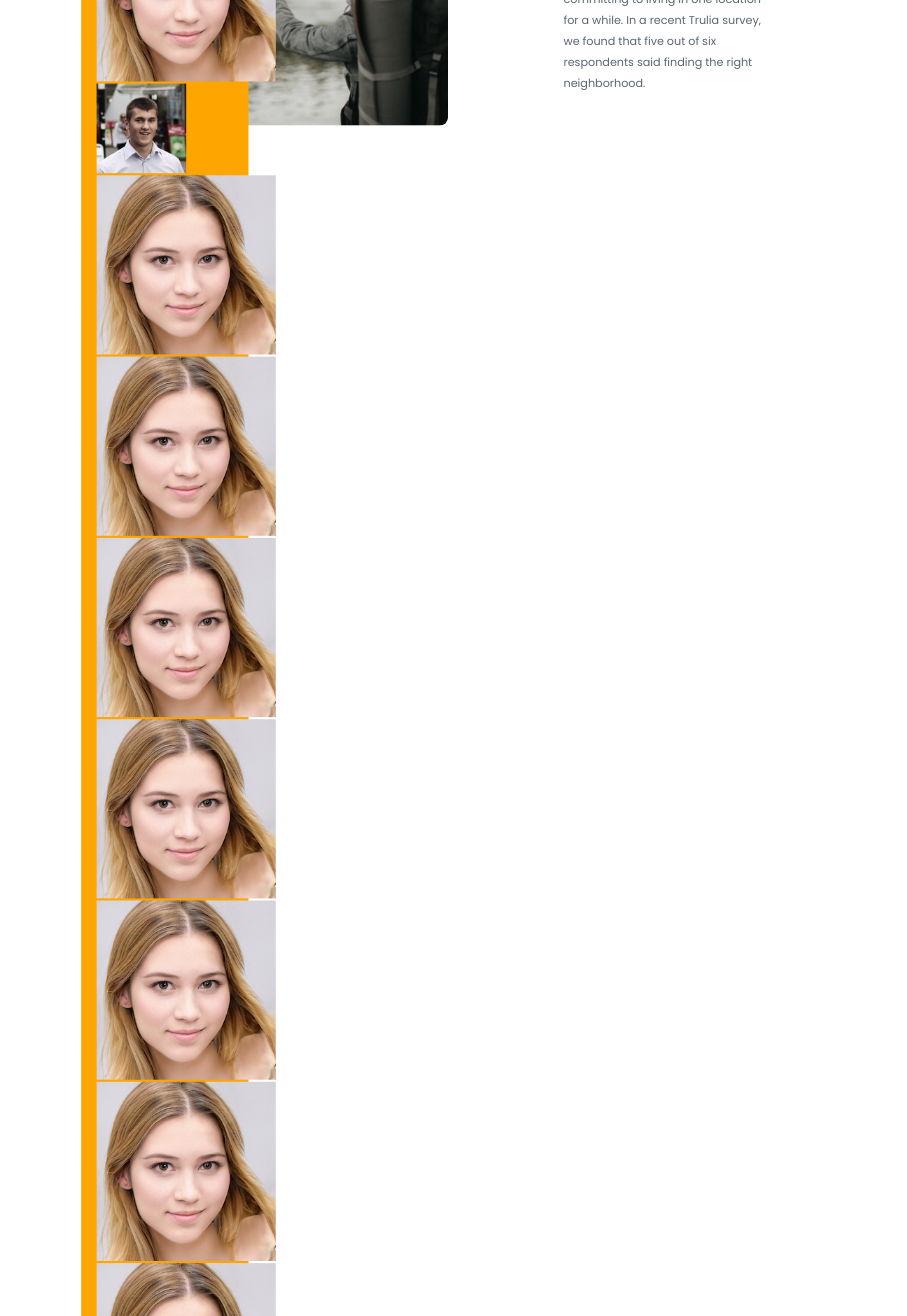
Repository: datvu1608/dv-htmlcss-01
Page: index.html
These files come from the project's save history. The page is drawn as it stood at one moment and after the next save; the edit follows.
The browser window is 1280 px wide. The page is 1295 px wide, so the pictures cover 1295 px, including what lies to the right of the window. The pictures show the part of the page from y = 2919 to 4799 px (the page is 5540 px tall before and 5412 px after), at 70% of full size.

Above is the page before, as saved 2023-06-13 15:28:16.

### index.html
<!DOCTYPE html>
<html lang="en">
  <head>
    <meta charset="UTF-8" />
    <meta http-equiv="X-UA-Compatible" content="IE=edge" />
    <meta name="viewport" content="width=device-width, initial-scale=1.0" />
    <title>Project 1</title>
    <link rel="stylesheet" href="./assets/css/reset.css" />
    <link rel="stylesheet" href="./assets/fonts/stylesheet.css" />
    <link rel="stylesheet" href="./assets/css/style.css" />
  </head>
  <body>
    <main style="height: 2000px">
      <!-- Header -->
      <header class="header">
        <div class="content">
          <nav class="navbar">
            <!-- logo -->
            <img src="./assets/img/Logo.svg" alt="Besnik" />
            <!-- navigation -->
            <ul>
              <li><a href="#!">Home</a></li>
              <li><a href="#!">Features</a></li>
              <li><a href="#!">Services</a></li>
              <li><a href="#!">Resources</a></li>
              <li><a href="#!">Contact</a></li>
            </ul>
            <!-- action -->
            <div class="actions">
              <a href="#!" class="action-link">Sign up</a>
              <a href="#!" class="btn action-btn">Sign in</a>
            </div>
          </nav>
          <div class="hero">
            <div class="info">
              <p class="sub-title">Welcome to Besnik Agency</p>
              <h1 class="title">Discover a place you'll love to live.</h1>
              <p class="desc">
                Get the best real estate deals first, before they hit the mass
                market! hot forecloseru deals with one simple search.
              </p>
              <a href="#!" class="btn hero-cta">More About Us</a>
            </div>
            <img src="./assets/img/hero-img.svg" alt="" class="hero-img" />
          </div>
        </div>
      </header>

      <!-- Client -->
      <div class="clients">
        <div class="content">
          <div class="row">
            <!-- logo -->
            <img src="./assets/img/Logo.svg" alt="Besnik" />
            <!-- Stars -->
            <div class="stars">
              <img src="./assets/img/star.svg" alt="star" />
              <img src="./assets/img/star.svg" alt="star" />
              <img src="./assets/img/star.svg" alt="star" />
              <img src="./assets/img/star.svg" alt="star" />
              <img src="./assets/img/star.svg" alt="star" />
            </div>
          </div>

          <div class="row row-desc">
            <p class="desc">More than 45,000+ companies trust besnik</p>
            <p class="desc">5 Star Ratings (2k+ Review)</p>
          </div>
          <div class="images">
            <img src="./assets/img/client-1.svg" alt="" />
            <img src="./assets/img/client-2.svg" alt="" />
            <img src="./assets/img/client-3.svg" alt="" />
            <img src="./assets/img/client-4.svg" alt="" />
            <img src="./assets/img/client-5.svg" alt="" />
          </div>
        </div>
      </div>
      <!-- Guides -->
      <div class="guides">
        <div class="content">
          <h2 class="sub-title">How its works?</h2>
          <p class="desc">
            Everything you need to know when you're looking to buy, rent, or
            sell - all in one place.
          </p>

          <!-- List guide -->
          <ul class="list-guide">
            <li class="guide-item">
              <img src="./assets/img/buyer.svg" alt="buyer" class="icon" />
              <h3 class="title">Buyer Guides</h3>
              <a href="#!" class="link"
                ><span>How to buy</span>
                <img
                  src="./assets/img/arrow-right.svg"
                  alt="arrow-right"
                  class="arrow"
                />
              </a>
            </li>
            <li class="guide-item">
              <img src="./assets/img/renter.svg" alt="buyer" class="icon" />
              <h3 class="title">Renter Guides</h3>
              <a href="#!" class="link"
                ><span>How to rental</span>
                <img
                  src="./assets/img/arrow-right.svg"
                  alt="arrow-right"
                  class="arrow"
                />
              </a>
            </li>
            <li class="guide-item">
              <img src="./assets/img/seller.svg" alt="buyer" class="icon" />
              <h3 class="title">Seller Guides</h3>
              <a href="#!" class="link"
                ><span>How to sell</span>
                <img
                  src="./assets/img/arrow-right.svg"
                  alt="arrow-right"
                  class="arrow"
                />
              </a>
            </li>
          </ul>
          <div class="guide-cta">
            <a href="#!" class="btn">Sell Full Guidelines</a>
          </div>
        </div>
      </div>

      <!-- Features -->
      <div class="featured">
        <div class="content">
          <header>
            <h2 class="sub-title">Featured Properties</h2>
            <div class="row">
              <p class="desc">
                Everything you need to know when you're looking
              </p>
              <a href="#!" class="link">
                <span>View All Properties</span>
                <img
                  src="./assets/img/arrow-right.svg"
                  alt="arrow"
                  class="arrow"
                />
              </a>
            </div>
          </header>
          <div class="list">
            <!-- Featured item 1 -->
            <div class="item">
              <a href="#!"
                ><img
                  src="./assets/img/featured-1.jpg"
                  alt="Nikko Arpartments"
                  class="thumb"
              /></a>
              <div class="body">
                <h3 class="title"><a href="#!">Nikko Apartments</a></h3>
                <p class="desc">8502 Preston Rd. Inglewood, Maine 98280</p>
                <div class="info">
                  <img src="./assets/img/beds.svg" alt="" class="icon" />
                  <span class="label">5 Beds</span>
                  <img src="./assets/img/both.svg" alt="" class="icon" />
                  <span class="label">2 Both</span>
                  <img src="./assets/img/sqft.svg" alt="" class="icon" />
                  <span class="label">200 Sqft</span>
                </div>
              </div>
            </div>
            <div class="item">
              <a href="#!">
                <img
                  src="./assets/img/featured-2.jpg"
                  alt="CouCou Homestead"
                  class="thumb"
                />
              </a>
              <div class="body">
                <h3 class="title">
                  <a href="#!" class="line-clamp">CouCou Homestead</a>
                </h3>
                <p class="desc line-clamp">
                  8502 Preston Rd. Inglewood, Maine 98280
                </p>
                <div class="info">
                  <img src="./assets/img/beds.svg" alt="" class="icon" />
                  <span class="label">5 Beds</span>
                  <img src="./assets/img/both.svg" alt="" class="icon" />
                  <span class="label">2 Both</span>
                  <img src="./assets/img/sqft.svg" alt="" class="icon" />
                  <span class="label">200 Sqft</span>
                </div>
              </div>
            </div>
            <div class="item">
              <a href="#!">
                <img
                  src="./assets/img/featured-3.jpg"
                  alt="Lavis 18 Residence"
                  class="thumb"
                />
              </a>
              <div class="body">
                <h3 class="title"><a href="#!">Lavis 18 Residence</a></h3>
                <p class="desc">8502 Preston Rd. Inglewood, Maine 98280</p>
                <div class="info">
                  <img src="./assets/img/beds.svg" alt="" class="icon" />
                  <span class="label">5 Beds</span>
                  <img src="./assets/img/both.svg" alt="" class="icon" />
                  <span class="label">2 Both</span>
                  <img src="./assets/img/sqft.svg" alt="" class="icon" />
                  <span class="label">200 Sqft</span>
                </div>
              </div>
            </div>
          </div>
        </div>
      </div>

      <!-- Stats -->
      <div class="stats">
        <div class="content">
          <div class="row">
            <div class="img-block">
              <img
                class="image"
                src="./assets/img/stats-img.jpg"
                alt="You’ve found a neighborhood you love."
              />
              <!-- Trend -->
              <div class="stats-trend">
                <div class="row">
                  <strong class="value">40,000+</strong>
                  <img src="./assets/img/arrow-trend.svg" alt="" class="icon" />
                </div>
                <p class="desc">
                  By avarage for 2 bedroom apments in San Francisco, CA
                </p>
                <div class="separate"></div>
                <div class="avatar-block">
                  <div class="avatar-group">
                    <img
                      src="./assets/img/avatar-1.jpg"
                      alt="avatar"
                      class="avatar"
                    />
                    <img
                      src="./assets/img/avatar-2.jpg"
                      alt="avatar"
                      class="avatar"
                    />
                    <img
                      src="./assets/img/avatar-1.jpg"
                      alt="avatar"
                      class="avatar"
                    />
                    <img
                      src="./assets/img/avatar-1.jpg"
                      alt="avatar"
                      class="avatar"
                    />
                    <img
                      src="./assets/img/avatar-1.jpg"
                      alt="avatar"
                      class="avatar"
                    />
                    <img
                      src="./assets/img/avatar-1.jpg"
                      alt="avatar"
                      class="avatar"
                    />
                    <img
                      src="./assets/img/avatar-1.jpg"
                      alt="avatar"
                      class="avatar"
                    />
                    <img
                      src="./assets/img/avatar-1.jpg"
                      alt="avatar"
                      class="avatar"
                    />
                    <img
                      src="./assets/img/avatar-1.jpg"
                      alt="avatar"
                      class="avatar"
                    />
                    <img
                      src="./assets/img/avatar-1.jpg"
                      alt="avatar"
                      class="avatar"
                    />
                    <img
                      src="./assets/img/avatar-1.jpg"
                      alt="avatar"
                      class="avatar"
                    />
                  </div>
                </div>
              </div>
            </div>
            <div class="info">
              <h2 class="sub-title">You’ve found a neighborhood you love.</h2>
              <p class="desc">
                When you own a home, you’re committing to living in one location
                for a while. In a recent Trulia survey, we found that five out
                of six respondents said finding the right neighborhood.
              </p>
            </div>
          </div>
        </div>
      </div>
    </main>
  </body>
</html>

### assets/fonts/stylesheet.css
/* ============ Poppins =================== */
@font-face {
  font-family: 'Poppins';
  src: url('Poppins-BlackItalic.woff2') format('woff2'),
    url('Poppins-BlackItalic.woff') format('woff');
  font-weight: 900;
  font-style: italic;
  font-display: swap;
}

@font-face {
  font-family: 'Poppins';
  src: url('Poppins-Bold.woff2') format('woff2'),
    url('Poppins-Bold.woff') format('woff');
  font-weight: bold;
  font-style: normal;
  font-display: swap;
}

@font-face {
  font-family: 'Poppins';
  src: url('Poppins-Black.woff2') format('woff2'),
    url('Poppins-Black.woff') format('woff');
  font-weight: 900;
  font-style: normal;
  font-display: swap;
}

@font-face {
  font-family: 'Poppins';
  src: url('Poppins-BoldItalic.woff2') format('woff2'),
    url('Poppins-BoldItalic.woff') format('woff');
  font-weight: bold;
  font-style: italic;
  font-display: swap;
}

@font-face {
  font-family: 'Poppins';
  src: url('Poppins-ExtraBoldItalic.woff2') format('woff2'),
    url('Poppins-ExtraBoldItalic.woff') format('woff');
  font-weight: bold;
  font-style: italic;
  font-display: swap;
}

@font-face {
  font-family: 'Poppins';
  src: url('Poppins-ExtraLightItalic.woff2') format('woff2'),
    url('Poppins-ExtraLightItalic.woff') format('woff');
  font-weight: 200;
  font-style: italic;
  font-display: swap;
}

@font-face {
  font-family: 'Poppins';
  src: url('Poppins-LightItalic.woff2') format('woff2'),
    url('Poppins-LightItalic.woff') format('woff');
  font-weight: 300;
  font-style: italic;
  font-display: swap;
}

@font-face {
  font-family: 'Poppins';
  src: url('Poppins-ExtraBold.woff2') format('woff2'),
    url('Poppins-ExtraBold.woff') format('woff');
  font-weight: bold;
  font-style: normal;
  font-display: swap;
}

@font-face {
  font-family: 'Poppins';
  src: url('Poppins-Italic.woff2') format('woff2'),
    url('Poppins-Italic.woff') format('woff');
  font-weight: normal;
  font-style: italic;
  font-display: swap;
}

@font-face {
  font-family: 'Poppins';
  src: url('Poppins-Light.woff2') format('woff2'),
    url('Poppins-Light.woff') format('woff');
  font-weight: 300;
  font-style: normal;
  font-display: swap;
}

@font-face {
  font-family: 'Poppins';
  src: url('Poppins-ExtraLight.woff2') format('woff2'),
    url('Poppins-ExtraLight.woff') format('woff');
  font-weight: 200;
  font-style: normal;
  font-display: swap;
}

@font-face {
  font-family: 'Poppins';
  src: url('Poppins-Medium.woff2') format('woff2'),
    url('Poppins-Medium.woff') format('woff');
  font-weight: 500;
  font-style: normal;
  font-display: swap;
}

@font-face {
  font-family: 'Poppins';
  src: url('Poppins-Regular.woff2') format('woff2'),
    url('Poppins-Regular.woff') format('woff');
  font-weight: normal;
  font-style: normal;
  font-display: swap;
}

@font-face {
  font-family: 'Poppins';
  src: url('Poppins-SemiBold.woff2') format('woff2'),
    url('Poppins-SemiBold.woff') format('woff');
  font-weight: 600;
  font-style: normal;
  font-display: swap;
}

@font-face {
  font-family: 'Poppins';
  src: url('Poppins-ThinItalic.woff2') format('woff2'),
    url('Poppins-ThinItalic.woff') format('woff');
  font-weight: 100;
  font-style: italic;
  font-display: swap;
}

@font-face {
  font-family: 'Poppins';
  src: url('Poppins-MediumItalic.woff2') format('woff2'),
    url('Poppins-MediumItalic.woff') format('woff');
  font-weight: 500;
  font-style: italic;
  font-display: swap;
}

@font-face {
  font-family: 'Poppins';
  src: url('Poppins-Thin.woff2') format('woff2'),
    url('Poppins-Thin.woff') format('woff');
  font-weight: 100;
  font-style: normal;
  font-display: swap;
}

@font-face {
  font-family: 'Poppins';
  src: url('Poppins-SemiBoldItalic.woff2') format('woff2'),
    url('Poppins-SemiBoldItalic.woff') format('woff');
  font-weight: 600;
  font-style: italic;
  font-display: swap;
}
/* ============ Poppins =================== */

### assets/css/style.css
* {
  box-sizing: border-box;
}
html {
  font-size: 62.5%;
}
body {
  font-size: 1.6rem;
  font-family: 'Poppins', sans-serif;
}

/* Common */
:root {
  --primary-color: #0f1b4c;
}
a {
  text-decoration: none;
}
.content {
  width: 1110px;
  max-width: calc(100% - 48px);
  margin-left: auto;
  margin-right: auto;
}
.btn {
  display: inline-block;
  padding: 18px 16px;
  min-width: 98px;
  background: var(--primary-color);
  border-radius: 12px;
  font-weight: 500;
  font-size: 1.4rem;
  text-align: center;
  color: #fff;
}
.btn:hover {
  opacity: 0.9;
}
.line-clamp {
  display: -webkit-box;
  -webkit-line-clamp: var(--line-clamp, 2);
  -webkit-box-orient: vertical;
  overflow: hidden;
}
.center {
  display: flex;
  align-items: center;
  justify-content: center;
}
/* Header */
.header {
  position: relative;
  height: 100vh;
  background: #e6f0ff;
}

.navbar {
  display: flex;
  align-items: center;
  padding-top: 38px;
}

.navbar ul {
  display: flex;
  margin-left: 50px;
}

.navbar .actions {
  margin-left: auto;
}
.navbar ul a {
  font-weight: 500;
  font-size: 1s4rem;
  color: #4f5361;
  padding: 8px 1.4rem;
}
.navbar ul a:hover {
  text-decoration: underline;
}
.navbar .action-link {
  font-size: 1.4rem;
  color: var(--primary-color);
  font-weight: 500;
}
.navbar .action-btn {
  padding: 13px 16px;
  margin-left: 18px;
  border-radius: 8px;
}
/* hero */
.hero {
  margin-top: 130px;
}
.hero .info {
  max-width: 51%;
}
.hero .sub-title {
  font-weight: 500;
  font-size: 1.8rem;
  line-height: 1.5;
  letter-spacing: 0.01em;
  color: #687690;
}
.hero .title {
  margin-top: 8px;
  font-weight: 700;
  font-size: 6.2rem;
  line-height: 1.19;
  color: #000336;
}
.hero .desc {
  margin-top: 30px;
  font-weight: 400;
  font-size: 1.8rem;
  line-height: 1.78;
  color: #5a6473;
}

.hero-cta {
  min-width: 170px;
  margin-top: 40px;
}
.hero-img {
  position: absolute;
  right: calc((100vw - 1110px) / 2 - 100px);
  bottom: 0;
}

/* clients   */
.clients {
  margin-top: 79px;
  padding: 43px 0 64px;
}
.clients .row {
  display: flex;
  justify-content: space-between;
}
.clients .desc {
  font-weight: 500;
  font-size: 1.6rem;
  line-height: 1.25;
  color: #7d8589;
}
.clients .row-desc {
  margin-top: 23px;
}
.clients .images {
  display: flex;
  align-items: center;
  justify-content: space-between;
  margin-top: 96px;
}

/* Guides */
.guides {
  margin-top: 40px;
  padding: 93px 0 79px;
}
.guides .sub-title {
  position: relative;
  font-weight: 600;
  font-size: 3.5rem;
  line-height: 1;
  text-align: center;
  color: #000339;
}
.guides .sub-title::before {
  position: absolute;
  top: -10px;
  left: 50%;
  transform: translateX(-50%);
  content: '';
  display: inline-block;
  width: 41px;
  height: 4px;
  background: #000339;
  border-radius: 12px;
}
.guides .desc {
  width: 459px;
  max-width: 100%;
  margin: 20px auto 0;
  font-weight: 400;
  font-size: 1.6rem;
  letter-spacing: 1.15px;
  line-height: 1.88;
  text-align: center;
  color: #5a6473;
}

/* List guide */
.list-guide {
  display: flex;
  justify-content: center;
  margin-top: 70px;
}
.guide-item {
  margin: 0 70px;
  text-align: center;
}
.guide-item .title {
  margin-top: 26px;
  font-weight: 500;
  font-size: 2rem;
  line-height: 1.1;
  color: #3b2c45;
}
.guide-item .link {
  display: inline-block;
  margin-top: 10px;
  font-weight: 600;
  font-size: 1.4rem;
  color: #0689ff;
}
.guide-item .arrow {
  margin-left: 6px;
}
.guide-cta {
  display: flex;
  justify-content: center;
  margin-top: 50px;
}
.guide-cta .btn {
  min-width: 170px;
}

/* Featured */
.featured {
  margin-top: 41px;
  padding: 110px 0;
}
.featured .sub-title {
  font-weight: 600;
  font-size: 3.5rem;
  line-height: 1;
  color: #000339;
}
.featured .row {
  display: flex;
  justify-content: space-between;
  margin-top: 15px;
}
.featured .desc {
  font-weight: 400;
  font-size: 1.6rem;
  line-height: 1.88;
  color: #5a6473;
}
.featured .link {
  display: flex;
  align-items: center;
  font-weight: 600;
  font-size: 1.8rem;
  color: #0689ff;
}
.featured .link .arrow {
  margin-left: 8px;
}

.featured .list {
  display: flex;
  gap: 30px;
  margin-top: 70px;
}
.featured .item {
  flex: 1;
  background: #fff;
  border-radius: 12px;
}
.featured .item .thumb {
  width: 100%;
  height: 227px;
  object-fit: cover;
  border-top-left-radius: 12px;
  border-top-right-radius: 12px;
}
.featured .item .body {
  padding: 17px 20px 24px;
}
.featured .item .title a {
  font-weight: 600;
  font-size: 2rem;
  line-height: 1.5;
  color: #000339;
}
.featured .item .desc {
  margin-top: 11px;
  font-weight: 500;
  font-size: 1.4rem;
  line-height: 1.5;
  color: #a3a6ab;
  --line-clamp: 3;
}
.featured .item .info {
  display: flex;
  align-items: center;
  margin-top: 21px;
}
.featured .item .icon {
  margin-left: 23px;
}
.featured .item .icon:first-child {
  margin-left: 0;
}
.featured .item .label {
  margin-left: 8px;
  font-weight: 500;
  font-size: 1.4rem;
  letter-spacing: 0.01rem;
  color: #4d4d52;
}

/* Stats */
.stats {
  margin-top: 75px;
  padding: 50px 0;
}
.stats .content {
  width: 1048px;
}
.stats .row {
  display: flex;
}
.stats .img-block,
.stats .info {
  width: 50%;
}
.stats .img-block {
  position: relative;
}
.img-block .stats-trend {
  position: absolute;
  top: 0;
  left: 0;
  width: 239px;
  padding: 45px 22px 40px;
  border-radius: 0 0 12px 12px;
  background-color: orange;
}
.stats-trend .value {
  font-weight: 700;
  font-size: 2.6rem;
  letter-spacing: 0.01em;
  color: #000339;
}
.stats-trend .icon {
  margin-left: auto;
}
.stats-trend .desc {
  margin-top: 8px;
  font-weight: 400;
  font-size: 12px;
  line-height: 1.5;
  color: #a7a7a7;
}
.stats-trend .separate {
  height: 1px;
  background: #e9e9e9;
  margin-top: 25px;
}
.stats .img-block .image {
  display: block;
  margin-left: auto;
  width: 400px;
  height: 460px;
  object-fit: cover;
  border-radius: 12px;
}
.stats .info {
  padding: 79px 0 0 165px;
}
.stats .sub-title {
  width: 269px;
  font-weight: 600;
  font-size: 35px;
  line-height: 1.29;
  color: #000339;
  position: relative;
}
.stats .sub-title::before {
  content: '';
  display: block;
  width: 41px;
  background: #000339;
  border-radius: 12px;
  height: 4px;
  position: absolute;
  left: 0;
  top: -10px;
}
.stats .info .desc {
  margin-top: 20px;
  width: 296px;
  font-weight: 400;
  font-size: 1.6rem;
  line-height: 1.88;
  color: #5a6473;
}

Loaded but not shown: assets/css/reset.css (common file)

After the next save:
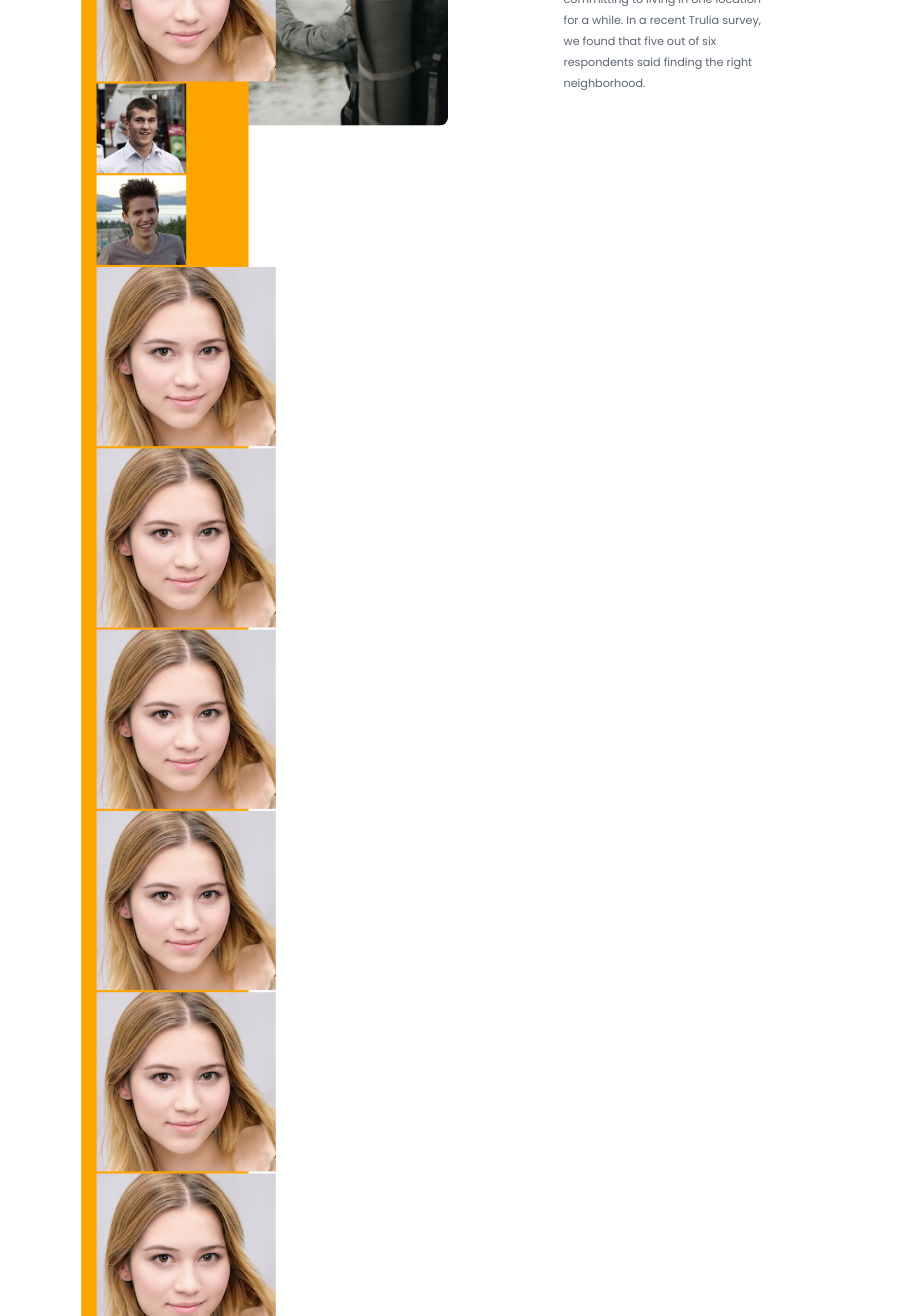
Saved 6 s later.
--- a/index.html
+++ b/index.html
@@ -253,7 +253,7 @@
                       class="avatar"
                     />
                     <img
-                      src="./assets/img/avatar-1.jpg"
+                      src="./assets/img/avatar-3.jpg"
                       alt="avatar"
                       class="avatar"
                     />
